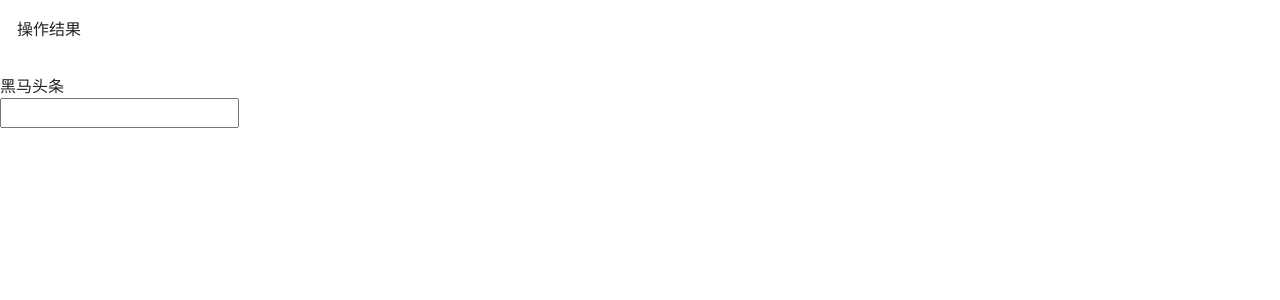
Repository: tangjieqin/heimaToaxios
Page: page/login/assets/index.html
The author's editor kept a copy of each file at every save. The page is drawn from the files as they stood at one save, then again after the next save.
The browser window is 1280 px wide. The pictures show the whole page.

Above is the page before, as saved 2025-04-05 09:32:37.

### page/login/assets/index.html
<!DOCTYPE html>
<html lang="en">

<head>
    <meta charset="UTF-8">
    <meta http-equiv="X-UA-Compatible" content="IE=edge">
    <meta name="viewport" content="width=device-width, initial-scale=1.0">
    <link rel="stylesheet" href="https://cdn.bootcdn.net/ajax/libs/twitter-bootstrap/5.2.3/css/bootstrap.min.css">
    <!-- <link rel="stylesheet" href="./index.css"> -->
    <title>黑马头条-数据管理平台</title>
</head>

<body>
    <!-- 警告框 -->
    <div class="alert info-box">
        操作结果
    </div>
    <!-- 登录页面 -->
    <div class="login-wrap">
        <div class="title">黑马头条</div>
        <div>
            <form class="login-form">
                <div class="item">
                    <input type="text">
                </div>
            </form>
        </div>

    </div>



</body>

</html>

After the next save:
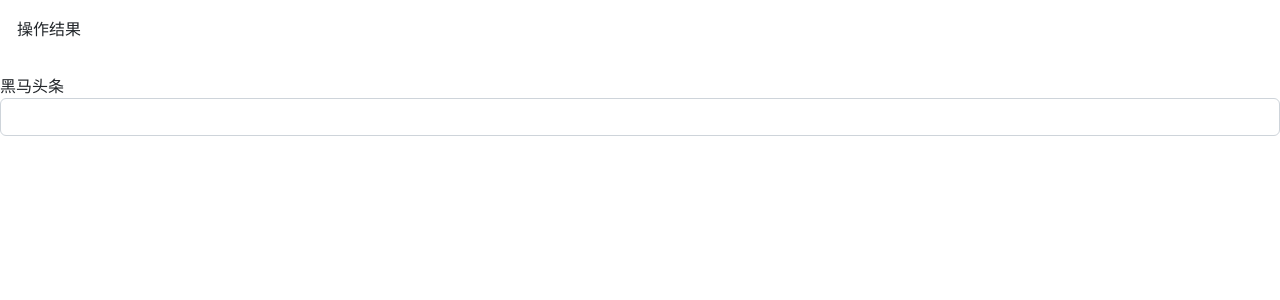
Saved 27 s later.
--- a/page/login/assets/index.html
+++ b/page/login/assets/index.html
@@ -21,7 +21,7 @@
         <div>
             <form class="login-form">
                 <div class="item">
-                    <input type="text">
+                    <input type="text" class="form-control" name="mobile">
                 </div>
             </form>
         </div>
